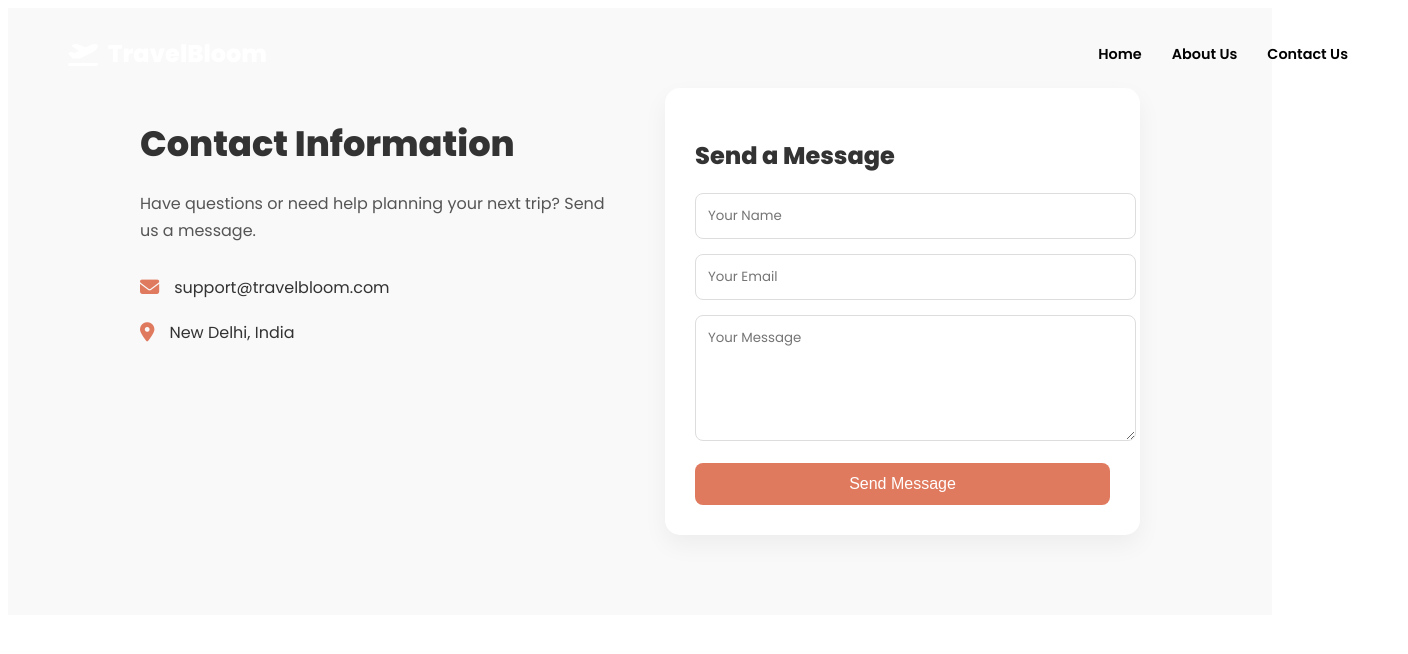
Repository: LatikaAdhikari064/TravelBloom_Project
Page: contact.html
The author's editor kept a copy of each file at every save. The page is drawn from the files as they stood at one save, then again after the next save.
The browser window is 1280 px wide. The page is 1408 px wide, so the pictures cover 1408 px, including what lies to the right of the window. The pictures show the whole page.

Above is the page before, as saved 2026-01-08 20:46:14.

After the next save:
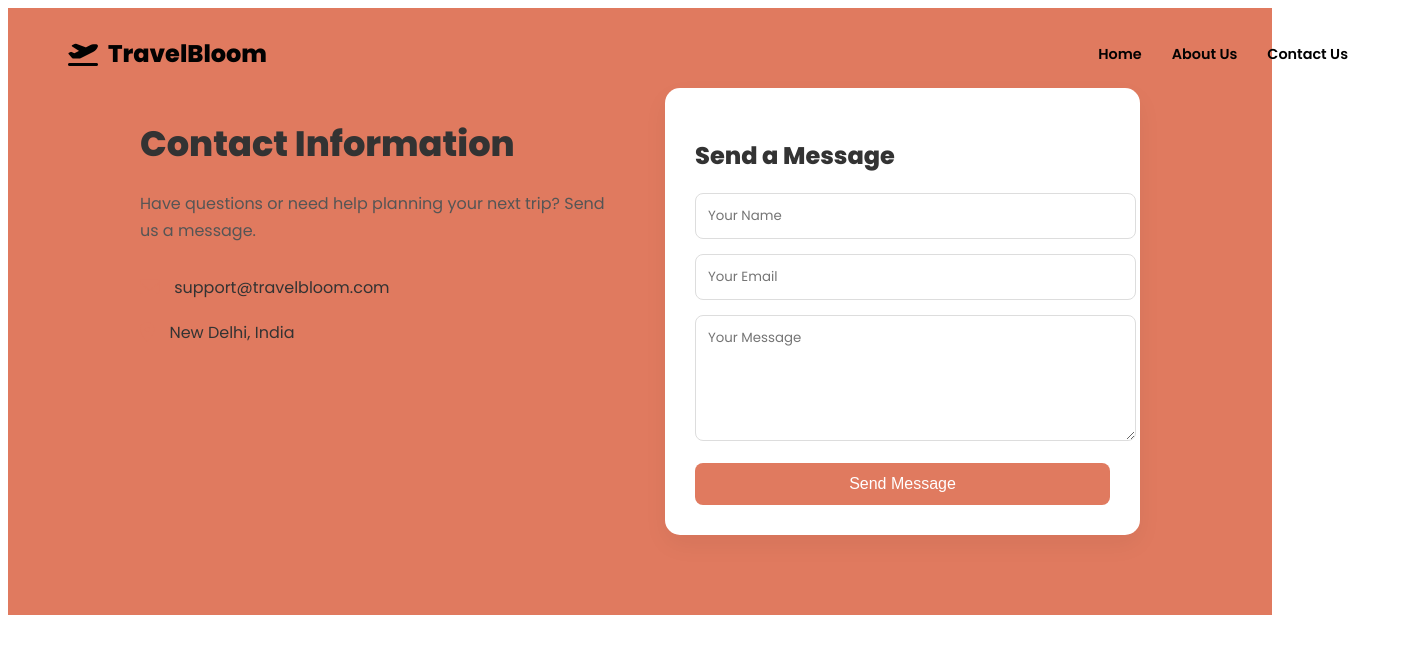
Saved 37 s later.
--- a/contact.css
+++ b/contact.css
@@ -13,7 +13,7 @@
     align-items: center;
     padding: 25px 60px;
     z-index: 100; /* Ensures nav is above everything */
-    color: white;
+    color: rgb(2, 2, 2);
 }
 
 .logo {
@@ -55,7 +55,7 @@
 /* SECTION */
 .contact-section {
     padding: 80px 20px;
-    background: #f9f9f9;
+    background:#E07A5F;
 }
 
 .contact-container {

After the save that followed:
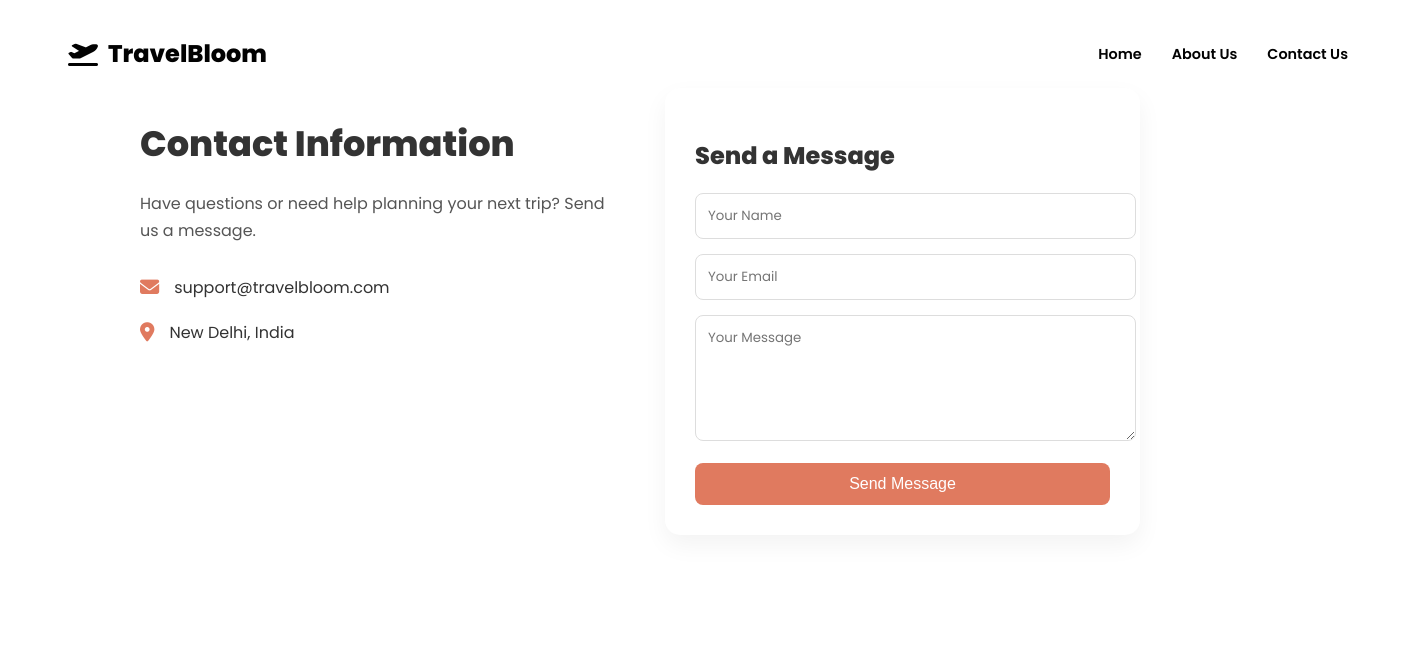
Saved 70 s later.
--- a/contact.css
+++ b/contact.css
@@ -55,7 +55,7 @@
 /* SECTION */
 .contact-section {
     padding: 80px 20px;
-    background:#E07A5F;
+    background:;
 }
 
 .contact-container {
